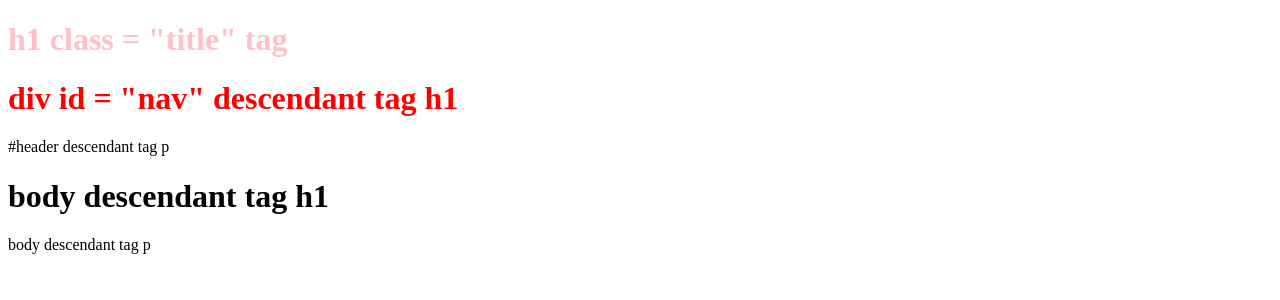
Repository: LucestDail/WebEclipse-Workspace
Page: htmlProject/WebContent/cssEx4.html
An editor plug-in stored every save of this project. The page is shown before and after the next save, followed by the edit.
The browser window is 1280 px wide. The pictures show the whole page.

Above is the page before, as saved 2020-11-06 05:55:57.

### htmlProject/WebContent/cssEx4.html
<!DOCTYPE html>
<html>
<head>
<meta charset="UTF-8">
<title>Descendant selector</title>
<style type = "text/css">
	#header
	h1{
		color : red;
	}
	#header > h1{
		color :pink;
	}

</style>
</head>
<body>
<div id = "header">
	<h1 class = "title"> h1 class = "title" tag</h1>
	<div id = "nav">
		<h1> div id = "nav" descendant tag h1</h1>
	</div>
	<p>#header descendant tag p
</div>
<h1 id = "content"> body descendant tag h1</h1>
<p> body descendant tag p
</body>
</html>

After the next save:
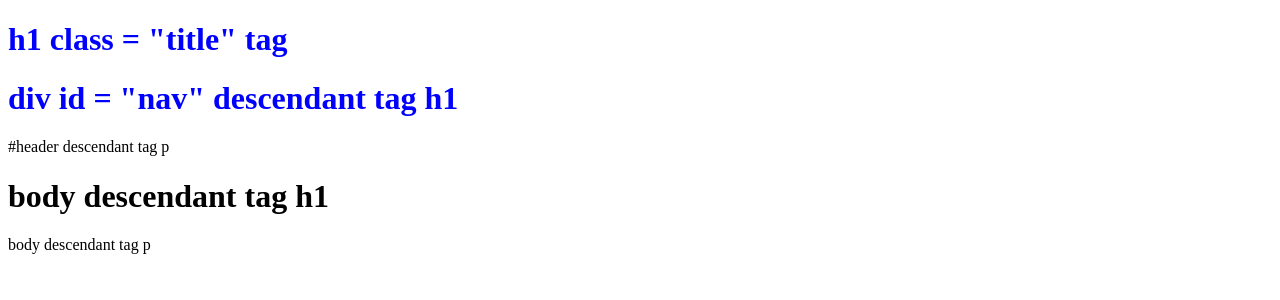
Saved 39 s later.
--- a/htmlProject/WebContent/cssEx4.html
+++ b/htmlProject/WebContent/cssEx4.html
@@ -10,6 +10,10 @@
 	}
 	#header > h1{
 		color :pink;
+	}
+	#header
+	h1{
+		color:blue;
 	}
 
 </style>
